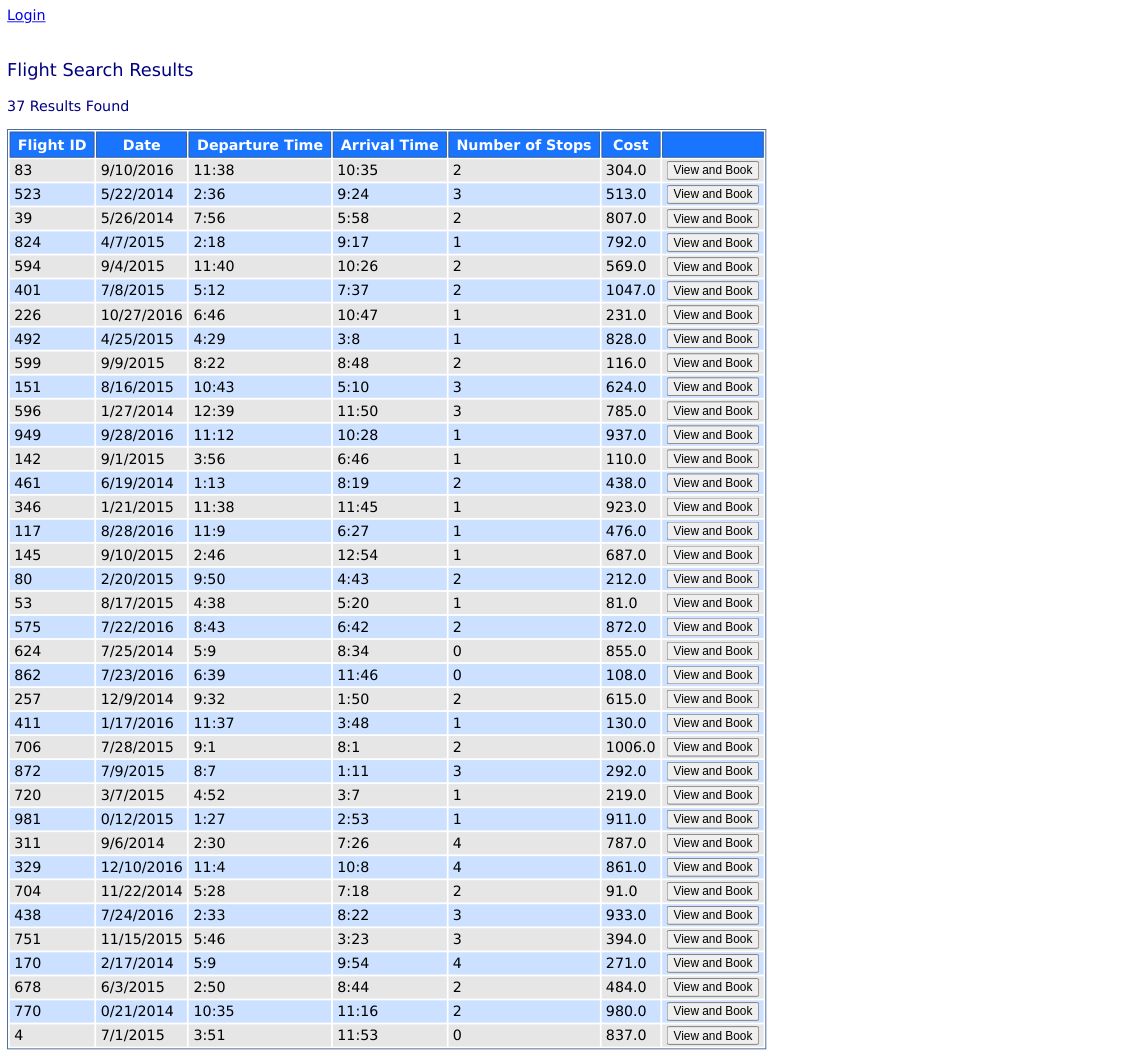
Repository: jliu9000/CSE-464---Flight-Pages
Page: http://localhost/HW1/FlightSearchResults.jsp
These files come from the project's save history. The page is drawn as it stood at one moment and after the next save; the edit follows.
The browser window is 1280 px wide. The pictures show the whole page, at 89% of full size.
The page is served by Tomcat 9. Other server files are loaded and not shown.

Above is the page before, as saved 2014-09-21 08:59:16.

### HW1/WebContent/FlightSearchResults.jsp
<%@ page language="java" contentType="text/html; charset=ISO-8859-1"
    pageEncoding="ISO-8859-1"%>
<!DOCTYPE html PUBLIC "-//W3C//DTD HTML 4.01 Transitional//EN" "http://www.w3.org/TR/html4/loose.dtd">
<html>
<head>
<meta http-equiv="Content-Type" content="text/html; charset=ISO-8859-1">
<link rel="stylesheet" type="text/css" href="FlightStyles.css">
<title>Flight Search Results</title>

<%@ page import="flight.bizlogic.RecordFactory"%>
</head>
<body>


	<%  //get the records
		RecordFactory records = new RecordFactory(0);
	  	records.generateRecords();
	%>

	<a id="login" href="/login.jsp">
	<%
	//login or out
	if (session.getAttribute("nUserID") != null){%>
	Logout
	<% } else { %>
	Login
	<%}%>
	</a>

	<br><br>
	<p class="PageTitle">Flight Search Results</p>
	<p class="subheading"><%=records.TotalRecords() %> Results Found</p>

	<table>
		<TR>
			<th>Flight ID</th>
			<th>Date</th>
			<th>Departure Time</th>
			<th>Arrival Time</th>
			<th>Number of Stops</th>
			<th>Cost</th>
			<th></th>
		</TR>


		<%for (int i = 0; i<records.TotalRecords(); i++){%>
		<tr class='<%= i % 2 == 1 ? "" : "alt" %>'>
		<%=records.toHTMLTableRow(i) %>
			<td>
				<a href="ViewAndBook.jsp"><button>View and Book</button></a>
			</td>
		</tr>
		<%} %>

	</table>


</body>






</html>

### HW1/src/flight/bizlogic/RecordFactory.java
package flight.bizlogic;
import java.util.ArrayList;



public class RecordFactory {
	//Master list
	private ArrayList<FlightRecord> oRecordsList;
	private int nTotalRecords;

	//Lists for record generation
	private String sListOfLocations[] = {"New York City, New York","Dallas, Texas","Sacramento, California",
			"Chicago, Illinois","Lincoln, Nebraska","Denver, Colorado","Atlanta, Georgia"};
	private int sListOfYears[] ={2014,2015,2016};
	private String sListOfClass[] ={"First Class", "Business", "Economy"};

	//Static test record
	private FlightRecord _oTestRecord = new FlightRecord(1, "Lincoln, NE", "Baltimore, MD", "9/28/2014", 52, "First Class",
			"7:00", "9:30", 1, 400.00);

	public RecordFactory(int nTotalRecords){

		//use nTotalRecords <= 0 for a random number of 1 to 50 records
		if (nTotalRecords <= 0){
			this.nTotalRecords = (int) Math.round(Math.random() * 49) + 1;
		}else{
			this.nTotalRecords = nTotalRecords;
		}

		oRecordsList = new ArrayList<FlightRecord>();

	}

	public void generateRecords(){

		for (int i = 0; i<= nTotalRecords; i++){
			oRecordsList.add(getSingleRecord());
		}

	}

	public FlightRecord getSingleRecord(){
		String sFormatedMonth;
		int nYear, nMonth, nDay, nSeats, nClass, nSource, nDestination, nID;

		nMonth = (int) Math.round(Math.random() * 12);
		nDay = (int) Math.round(Math.random() * 28);
		nYear = (int) Math.round(Math.random() * 2);
		sFormatedMonth = nMonth + "/" +nDay +"/" +sListOfYears[nYear];

		nSeats = (int) Math.round(Math.random() * 100);
		nClass = (int) Math.round(Math.random()*2);
		nSource = (int) Math.round(Math.random()*6);
		nDestination = (int) Math.round(Math.random() * 6);
		//destination cannot equal source
		while (nDestination == nSource){
			nDestination = (int) Math.round(Math.random() * 6);
		}

		return new FlightRecord(sListOfLocations[nSource], sListOfLocations[nDestination], sFormatedMonth, nSeats, sListOfClass[nClass]);

	}





	public String toHTMLTableRow(int nRow){
		FlightRecord r;
		String sHTMLRow;
		if (nRow < oRecordsList.size()){
			r = oRecordsList.get(nRow);
		}else{
			return "";
		}

		sHTMLRow = "<td>" +r.getID() +"</td>";
		sHTMLRow += "<td>" +r.getDateOfTravel() +"</td>";
		sHTMLRow += "<td>" +r.getDepartureTime() +"</td>";
		sHTMLRow += "<td>" +r.getArrivalTime() +"</td>";
		sHTMLRow += "<td>" +r.getNumberOfStops() +"</td>";
		sHTMLRow += "<td>" +r.getCost() +"</td>";

		return sHTMLRow;
	}

	public FlightRecord TestRecord() {
		return _oTestRecord;
	}

	public int TotalRecords(){
		return nTotalRecords;

	}
}

### HW1/src/flight/bizlogic/FlightRecord.java
package flight.bizlogic;

public class FlightRecord {
	private String sSource;
	private String sDestination;
	private String sDateOfTravel;
	private String sClass;
	private int nSeats;

	private String sDepartureTime;
	private String sArrivalTime;
	private int nNumberOfStops;
	private double dCost;
	private int nID;


	public FlightRecord(String sSource, String sDestination, String sDateOfTravel, int nSeats,
			String sClass){
		this.sSource = sSource;
		this.sDestination = sDestination;
		this.sDateOfTravel = sDateOfTravel;
		this.nSeats = nSeats;
		this.sClass = sClass;
		fillRecord();
	}

	public FlightRecord(int nID, String sSource, String sDestination, String sDateOfTravel, int nSeats,
			String sClass, String sDepartureTime, String sArrivalTime, int nNumberOfStops, double dCost){
		this.nID = nID;
		this.sSource = sSource;
		this.sDestination = sDestination;
		this.sDateOfTravel = sDateOfTravel;
		this.nSeats = nSeats;
		this.sClass = sClass;
		this.sDepartureTime = sDepartureTime;
		this.sArrivalTime = sArrivalTime;
		this.nNumberOfStops = nNumberOfStops;
		this.dCost = dCost;

	}


	//fill missing fields w/ random numbers
	private void fillRecord(){
		int nHour, nMin;
		nID = (int) Math.round(Math.random()*1000);
		nHour = (int) Math.round(Math.random() * 11) + 1;
		nMin = (int) Math.round(Math.random() * 60);
		sDepartureTime =  nHour +":" +nMin;
		nHour = (int) Math.round(Math.random() * 11) + 1;
		nMin = (int) Math.round(Math.random() * 60);
		sArrivalTime =  nHour +":" +nMin;
		nNumberOfStops = (int) Math.round(Math.random() * 4);
		dCost =  Math.round(Math.random() * 1000) + 50;

	}



	public String getDepartureTime() {
		return sDepartureTime;
	}


	public String getArrivalTime() {
		return sArrivalTime;
	}


	public int getNumberOfStops() {
		return nNumberOfStops;
	}


	public double getCost() {
		return dCost;
	}


	public int getID() {
		return nID;
	}



	public String getSource() {
		return sSource;
	}

	public String getDestination() {
		return sDestination;
	}

	public String getDateOfTravel() {
		return sDateOfTravel;
	}

	public String getFlightClass() {
		return sClass;
	}

	public int getSeats() {
		return nSeats;
	}






}

### HW1/WebContent/FlightStyles.css
@CHARSET "ISO-8859-1";

body {
	font-family: "Verdana";


}

p {
    font-size: 20px;
    color: navy;
    font-style: bold;
}

p.subheading {
	font-size: 16px;

}

table {
   border: 1px solid #3C5E8F;

}

th {
	border: 1px solid #3C5E8F;
    background-color: #1975FF;
    color: white;
    padding: 4px;
    padding-left: 8px;
	padding-right: 8px;

}

tr {
	border: 1px solid #3C5E8F;
	background-color: #CCE0FF;

}

tr.alt {
	border: 1px solid #3C5E8F;
	background-color: #E6E6E6;

}

td {
	border: 0px;
	padding: 2px;
	padding-left: 5px;
	padding-right: 5px;
}

After the next save:
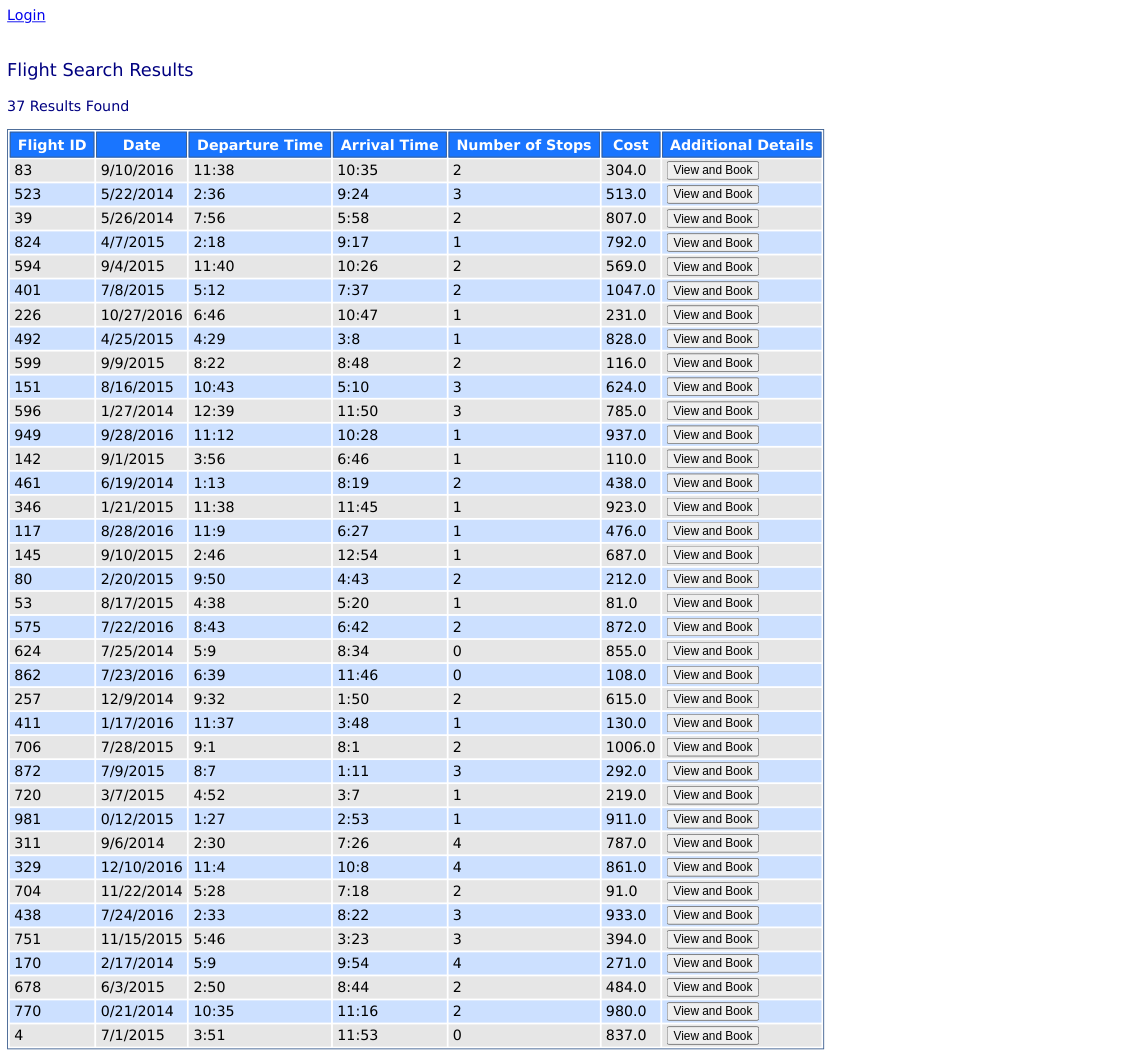
Saved 25 s later.
--- a/HW1/WebContent/FlightSearchResults.jsp
+++ b/HW1/WebContent/FlightSearchResults.jsp
@@ -39,7 +39,7 @@
 			<th>Arrival Time</th>
 			<th>Number of Stops</th>
 			<th>Cost</th>
-			<th></th>
+			<th>Additional Details</th>
 		</TR>
 
 
